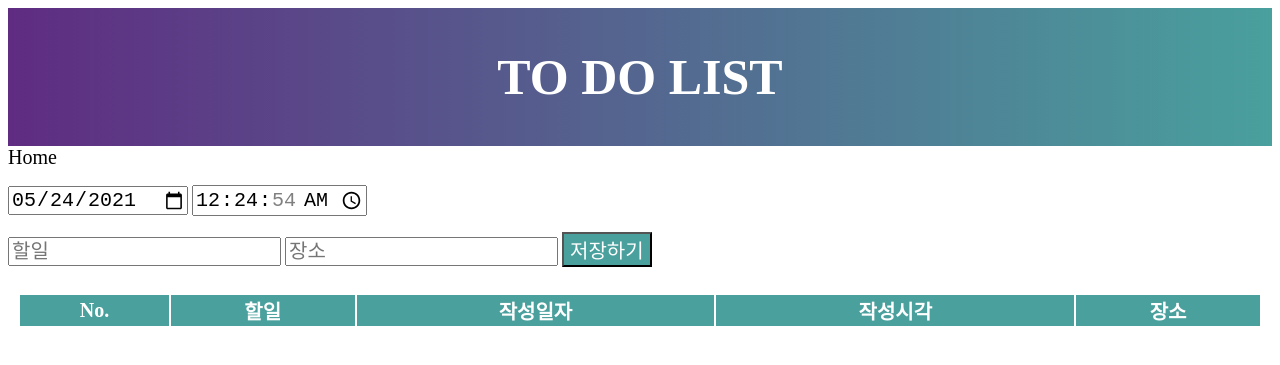
Repository: kimyoungjin98/Exam_Project
Page: http://localhost/Server_PR_TodoList/
An editor plug-in stored every save of this project. The page is shown before and after the next save, followed by the edit.
The browser window is 1280 px wide. The pictures show the whole page.
Some web fonts or font styles are not loaded; a fallback is used. The page is served by Tomcat 9. Other server files are loaded and not shown. Queries for data that is not in the repository find no rows.

Above is the page before, as saved 2021-05-25 00:44:44.

### Server_PR_TodoList/src/main/webapp/WEB-INF/views/home.jsp
<%@ page language="java" contentType="text/html; charset=UTF-8"
    pageEncoding="UTF-8"%>
<%@ taglib uri="http://java.sun.com/jsp/jstl/core" prefix="c"%>
<c:set value="${pageContext.request.contextPath}" var="rootPath" />
<!DOCTYPE html>
<html>

<head>
<meta charset="UTF-8">
<title>어서오세요</title>
</head>
<script>
document.addEventListener("DOMContentLoaded",function(ev){

	document.querySelector("table")
	.addEventListener("click", function(ev){

		let tag = ev.target.tagName

		if(tag == "TD"){

			let seq = ev.target.closest("TR").dataset.seq

			document.location.href="${rootPath}/todo/view?td_seq=" + seq

		}

	})

})


</script>
<style>


@import url('https://fonts.googleapis.com/css2?family=Nanum+Gothic+Coding:wght@700&family=Roboto+Slab:wght@600&display=swap');
.jm-font {
		font-family: 'Nanum Gothic Coding', monospace;
		font-family: 'Roboto Slab', serif;
	}


table {
	width:100%;
	text-align: center;
	margin:3px auto;
	font-size:20px;
	padding:10px;
	font-weight: bolder;

}

table td{
	cursor:pointer;
	padding:5-%;


}

table td:hover{
	background-color: #49a09d;
	opacity: 0.5;
}

table div{
	border:1px solid #49a09d;
	outline:1px solid #49a09d;
}

table th{
	background-color:#49a09d;
	color:white;

}


</style>
<body>

	<%@ include file="/WEB-INF/views/banner.jsp" %>
	<p>
	<%@ include file="/WEB-INF/views/write.jsp" %>
	<p>
		<table>
		<div>
		<th>No.</th>
		<th>할일</th>
		<th>작성일자</th>
		<th>작성시각</th>
		<th>장소</th>
		</div>

		<c:forEach items="${TDLIST}" var="TD" varStatus="index">
			<tr data-seq="${TD.td_seq}">
				<td>${index.count}</td>
				<td>${TD.td_content}</td>
				<td>${TD.td_date}</td>
				<td>${TD.td_time}</td>
				<td>${TD.td_place}</td>
			</tr>

		</c:forEach>

	</table>

</body>
</html>

### Server_PR_TodoList/src/main/webapp/WEB-INF/views/banner.jsp
<%@ page language="java" contentType="text/html; charset=UTF-8"
    pageEncoding="UTF-8"%>
<%@ taglib uri="http://java.sun.com/jsp/jstl/core" prefix="c"%>
<c:set value="${pageContext.request.contextPath}" var="rootPath" />
<!DOCTYPE html>
<html>
<head>
<meta charset="UTF-8">
<title>Insert title here</title>
</head>
<style>
@import url('https://fonts.googleapis.com/css2?family=Nanum+Gothic+Coding:wght@700&family=Roboto+Slab:wght@600&display=swap');
.jm-font {
		font-family: 'Nanum Gothic Coding', monospace;
		font-family: 'Roboto Slab', serif;
	}


h1 {
	margin:auto;
	text-align: center;
	font-size:50px;
	background:linear-gradient(to right, #5f2c82, #49a09d);
	color:white;
	padding:40px;
}


</style>
<body>
	<h1>TO DO LIST</h1>

	<div>
	<label>Home</label>


	</div>
</body>
</html>

### Server_PR_TodoList/src/main/webapp/WEB-INF/views/write.jsp
<%@ page language="java" contentType="text/html; charset=UTF-8"
    pageEncoding="UTF-8"%>
<%@ taglib uri="http://java.sun.com/jsp/jstl/core" prefix="c"%>
<c:set value="${pageContext.request.contextPath}" var="rootPath" />
<!DOCTYPE html>
<html>
<head>
<meta charset="UTF-8">
<title>Insert title here</title>
</head>
<script type="text/javascript">
document.addEventListener("DOMContentLoaded", function(ev){
	document.querySelector("button")
	.addEventListener("click",function(ev){

		let name = ev.target.className

		let td_date = document.querySelector("input[name='td_date']")
		let td_time = document.querySelector("input[name='td_time']")
		let td_content = document.querySelector("input[name='td_content']")
		let td_place = document.querySelector("input[name='td_place']")

		if(td_content.value == ""){

			alert("할일을 입력하세요 !")

			return false;
			}

			document.querySelector("form").submit();

	})

})

</script>
<style>

@import url('https://fonts.googleapis.com/css2?family=Nanum+Gothic+Coding:wght@700&family=Roboto+Slab:wght@600&display=swap');
.jm-font {
		font-family: 'Nanum Gothic Coding', monospace;
		font-family: 'Roboto Slab', serif;
	}

	label{
		font-size:20px;
	}

	input{
		font-size:20px;
	}

	button{
		background-color: #49a09d;
		color:white;
		font-size:20px;
		cursor:pointer;
	}


</style>
<body>



	<form method="POST" class="1">

	<input name="td_date" placeholder="작성일자" type="date" value="${TD.td_date}">
	<input name="td_time" placeholder="작성시각" type="time" value="${TD.td_time}"><p>
	<input name="td_content" placeholder="할일" value="${TD.td_content}"></input>
	<input name="td_place" placeholder="장소" value="${TD.td_place}">

		<button type="button">저장하기</button>
	</form>

</body>
</html>

### Server_PR_TodoList/src/main/java/com/callor/todo/controller/HomeController.java
package com.callor.todo.controller;

import java.io.IOException;
import java.text.SimpleDateFormat;
import java.util.Date;
import java.util.List;

import javax.servlet.ServletException;
import javax.servlet.annotation.WebServlet;
import javax.servlet.http.HttpServlet;
import javax.servlet.http.HttpServletRequest;
import javax.servlet.http.HttpServletResponse;

import com.callor.todo.model.TodoVO;
import com.callor.todo.service.TodoService;
import com.callor.todo.service.impl.TodoServiceImplV1;

@WebServlet("/")
public class HomeController extends HttpServlet{

	protected TodoService tdService;

	public HomeController() {

		tdService = new TodoServiceImplV1();

	}

	@Override
	protected void doGet(HttpServletRequest req, HttpServletResponse resp) throws ServletException, IOException {


		List<TodoVO> tdList = tdService.selectAll();

		req.setAttribute("TDLIST", tdList);

		SimpleDateFormat sDate = new SimpleDateFormat("yyyy-MM-dd");
		SimpleDateFormat sTime = new SimpleDateFormat("HH:mm:ss");
		Date date = new Date(System.currentTimeMillis());

		TodoVO tdVO = new TodoVO();

		tdVO.setTd_date(sDate.format(date));
		tdVO.setTd_time(sTime.format(date));

		req.setAttribute("TD", tdVO);

		ReqController.forward(resp, req, "home");

	}

	@Override
	protected void doPost(HttpServletRequest req, HttpServletResponse resp) throws ServletException, IOException {


		req.setCharacterEncoding("UTF-8");

		String td_date = req.getParameter("td_date");
		String td_content = req.getParameter("td_content");
		String td_time = req.getParameter("td_time");
		String td_place = req.getParameter("td_place");

		TodoVO tdVO = new TodoVO();

		tdVO.setTd_content(td_content);
		tdVO.setTd_date(td_date);
		tdVO.setTd_place(td_place);
		tdVO.setTd_time(td_time);

		tdService.insert(tdVO);

		System.out.println(tdVO.toString());

		resp.sendRedirect("/todo/");

	}

}

### Server_PR_TodoList/src/main/java/com/callor/todo/service/impl/TodoServiceImplV1.java
package com.callor.todo.service.impl;

import java.sql.Connection;
import java.sql.PreparedStatement;
import java.sql.ResultSet;
import java.sql.SQLException;
import java.util.ArrayList;
import java.util.List;

import com.callor.todo.config.DBConnect;
import com.callor.todo.model.TodoVO;
import com.callor.todo.service.TodoService;
import com.mysql.cj.x.protobuf.MysqlxPrepare.Prepare;

public class TodoServiceImplV1 implements TodoService {

	protected Connection dbConn;

	public TodoServiceImplV1() {

		dbConn = DBConnect.getDB();

	}

	protected List<TodoVO> select(PreparedStatement pStr) throws SQLException {

		List<TodoVO> tdList = new ArrayList<TodoVO>();
		ResultSet rSet = pStr.executeQuery();

		while (rSet.next()) {

			TodoVO tdVO = new TodoVO();

			tdVO.setTd_content(rSet.getString("td_content"));
			tdVO.setTd_date(rSet.getString("td_date"));
			tdVO.setTd_place(rSet.getString("td_place"));
			tdVO.setTd_time(rSet.getString("td_time"));
			tdVO.setTd_seq(rSet.getLong("td_seq"));
			tdList.add(tdVO);

		}

		return tdList;
	}

	@Override
	public List<TodoVO> selectAll() {
		// TODO Auto-generated method stub

		String sql = " SELECT * FROM tbl_todo ";

		PreparedStatement pStr = null;

		try {

			pStr = dbConn.prepareStatement(sql);
			List<TodoVO> tdList = this.select(pStr);


			return tdList;

		} catch (SQLException e) {
			// TODO Auto-generated catch block
			e.printStackTrace();
		}

		return null;
	}

	@Override
	public TodoVO findById(Long td_seq) {
		// TODO Auto-generated method stub

		String sql = " SELECT * FROM tbl_todo ";
		sql += " WHERE td_seq = ? ";

		PreparedStatement pStr = null;

		try {
			pStr = dbConn.prepareStatement(sql);
			pStr.setLong(1, td_seq);

			List<TodoVO> tdList = this.select(pStr);

			if(tdList != null && tdList.size() > 0) {

				return tdList.get(0);
			}

		} catch (SQLException e) {
			// TODO Auto-generated catch block
			e.printStackTrace();
		}

		return null;
	}

	@Override
	public Integer insert(TodoVO tdVO) {
		// TODO Auto-generated method stub

		String sql = " INSERT INTO tbl_todo ";
		sql += " (td_content, td_date, td_time, td_place) ";
		sql += " VALUES(?,?,?,?) ";

		PreparedStatement pStr = null;

		try {
			pStr = dbConn.prepareStatement(sql);
			pStr.setString(1, tdVO.getTd_content());
			pStr.setString(2, tdVO.getTd_date());
			pStr.setString(3, tdVO.getTd_time());
			pStr.setString(4, tdVO.getTd_place());

			return pStr.executeUpdate();



		} catch (SQLException e) {
			// TODO Auto-generated catch block
			e.printStackTrace();
		}

		return null;
	}

	@Override
	public Integer update(TodoVO tdVO) {
		// TODO Auto-generated method stub

		String sql = " UPDATE tbl_todo SET ";
		sql += " td_content = ?, ";
		sql += " td_date = ?, ";
		sql += " td_time = ?, ";
		sql += " td_place = ? ";
		sql += " WHERE td_seq = ? ";

		PreparedStatement pStr = null;

		try {
			pStr = dbConn.prepareStatement(sql);
			pStr.setString(1, tdVO.getTd_content());
			pStr.setString(2, tdVO.getTd_date());
			pStr.setString(3, tdVO.getTd_time());
			pStr.setString(4, tdVO.getTd_place());
			pStr.setLong(5, tdVO.getTd_seq());


			return pStr.executeUpdate();


		} catch (SQLException e) {
			// TODO Auto-generated catch block
			e.printStackTrace();
		}

		return null;
	}

	@Override
	public Integer delete(Long td_seq) {
		// TODO Auto-generated method stub

		String sql = " DELETE FROM tbl_todo ";
		sql += " WHERE td_seq = ? ";

		PreparedStatement pStr = null;

		try {
			pStr = dbConn.prepareStatement(sql);
			pStr.setLong(1, td_seq);

			return pStr.executeUpdate();
		} catch (SQLException e) {
			// TODO Auto-generated catch block
			e.printStackTrace();
		}



		return null;
	}

}

### Server_PR_TodoList/src/main/java/com/callor/todo/config/DBConnect.java
package com.callor.todo.config;

import java.sql.Connection;
import java.sql.DriverManager;
import java.sql.SQLException;

public class DBConnect {

	private static Connection dbConn;

	static {

		String driver = "com.mysql.cj.jdbc.Driver";
		String url = "jdbc:mysql://localhost:3306/todo";
		String user = "todoList";
		String pw = "1234";

		try {
			Class.forName(driver);

			if (dbConn == null) {
				dbConn = DriverManager.getConnection(url, user, pw);
			}

			System.out.println("DB 접속 성공");

		} catch (ClassNotFoundException e) {
			// TODO Auto-generated catch block
			e.printStackTrace();
		} catch (SQLException e) {
			// TODO Auto-generated catch block
			e.printStackTrace();
		}

	}

	public static Connection getDB() {

		return dbConn;
	}

}

### Server_PR_TodoList/src/main/java/com/callor/todo/model/TodoVO.java
package com.callor.todo.model;

import lombok.AllArgsConstructor;
import lombok.Getter;
import lombok.NoArgsConstructor;
import lombok.Setter;
import lombok.ToString;

@Getter
@Setter
@ToString
@AllArgsConstructor
@NoArgsConstructor
public class TodoVO {

	private Long td_seq;
	private String td_place;
	private String td_date;
	private String td_time;
	private String td_content;

}

### Server_PR_TodoList/src/main/java/com/callor/todo/controller/ReqController.java
package com.callor.todo.controller;

import java.io.IOException;

import javax.servlet.ServletException;
import javax.servlet.http.HttpServlet;
import javax.servlet.http.HttpServletRequest;
import javax.servlet.http.HttpServletResponse;

public class ReqController extends HttpServlet{

	public static void forward(HttpServletResponse res, HttpServletRequest req, String file) throws ServletException, IOException {

		String root = "/WEB-INF/views/" + file + ".jsp";

		req.getRequestDispatcher(root).forward(req, res);

	}

}

After the next save:
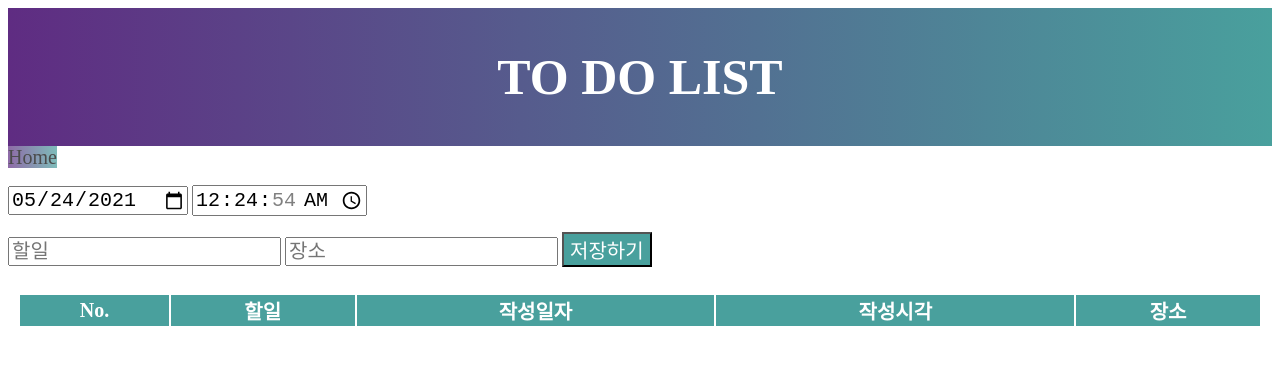
Saved 33 s later.
--- a/Server_PR_TodoList/src/main/webapp/WEB-INF/views/banner.jsp
+++ b/Server_PR_TodoList/src/main/webapp/WEB-INF/views/banner.jsp
@@ -25,6 +25,11 @@ h1 {
 	padding:40px;
 }
 
+div label{
+	background:linear-gradient(to right, #5f2c82, #49a09d);
+	opacity: 0.7;
+}
+
 
 </style>
 <body>
